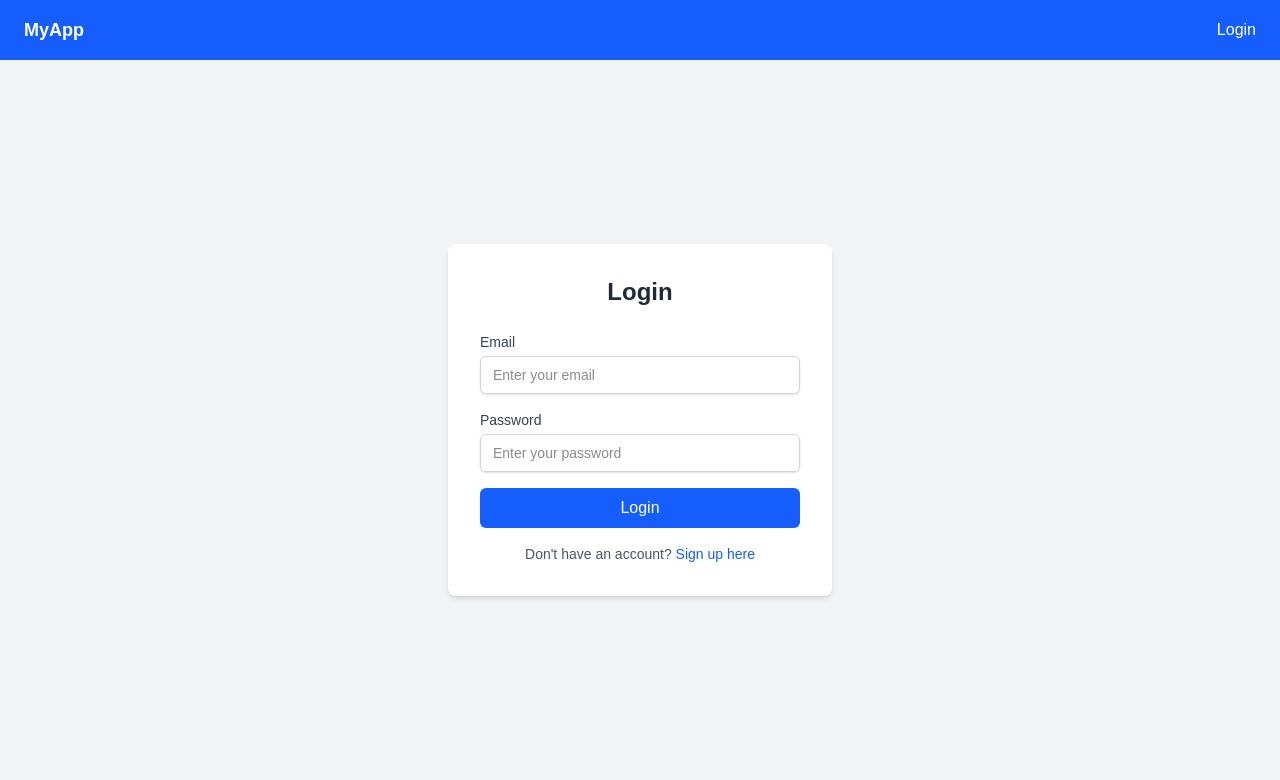
Repository: smnshzh/pars-mars
Page: /login
The author's editor kept a copy of each file at every save. The page is drawn from the files as they stood at one save, then again after the next save.
The browser window is 1280 px wide. The pictures show the whole page.
The page's requests for data from a server got no answer. The project was rebuilt for these pictures with package versions that can differ from the ones it lists, and the page was loaded fresh each time. The framework's server and built-in components were replaced by stand-ins that run in the browser. No one was signed in, and anything a server would have sent is missing. Also part of the build but not shown: next.config.ts.

Above is the page before, as saved 2025-04-13 21:31:09.

After the next save:
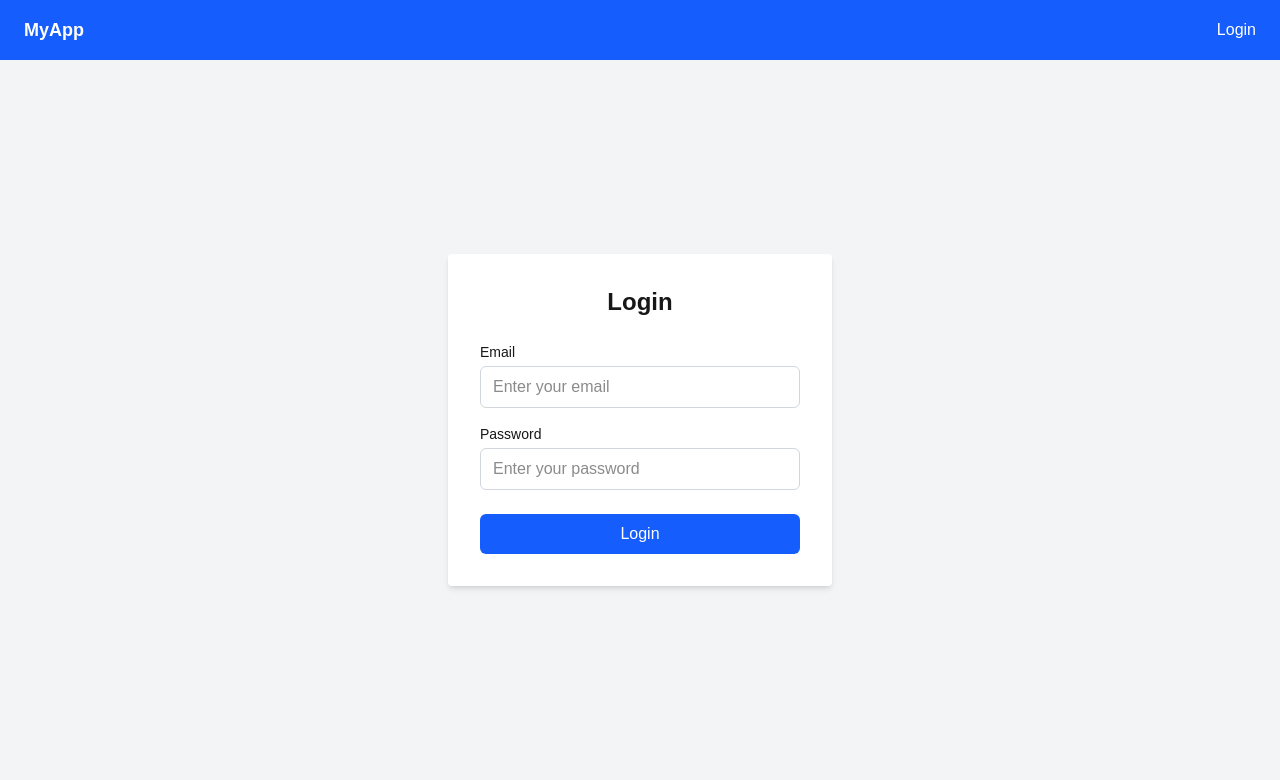
Saved 3 min 34 s later.
--- a/src/app/login/page.tsx
+++ b/src/app/login/page.tsx
@@ -3,11 +3,15 @@
 
 import { useState } from "react";
 import { signIn } from "next-auth/react";
-import Link from "next/link";
+import { useSearchParams } from "next/navigation"; // To access query parameters
 
 export default function LoginPage() {
   const [email, setEmail] = useState("");
   const [password, setPassword] = useState("");
+
+  // Get the query parameters (e.g., error=CredentialsSignin)
+  const searchParams = useSearchParams();
+  const error = searchParams.get("error");
 
   const handleSubmit = async (e: React.FormEvent) => {
     e.preventDefault();
@@ -16,59 +20,48 @@ export default function LoginPage() {
 
   return (
     <div className="min-h-screen flex items-center justify-center bg-gray-100">
-      <div className="w-full max-w-sm p-8 bg-white rounded-lg shadow-md">
-        <h2 className="text-2xl font-bold mb-6 text-center text-gray-800">
+      <form onSubmit={handleSubmit} className="bg-white p-8 rounded shadow-md w-full max-w-sm">
+        <h2 className="text-2xl font-bold mb-6 text-center">Login</h2>
+        {error && (
+          <p className="text-red-500 text-sm mb-4">
+            {error === "CredentialsSignin" ? "Invalid email or password." : "An error occurred."}
+          </p>
+        )}
+        <div className="mb-4">
+          <label htmlFor="email" className="block text-sm font-medium">
+            Email
+          </label>
+          <input
+            type="email"
+            id="email"
+            value={email}
+            onChange={(e) => setEmail(e.target.value)}
+            className="mt-1 block w-full px-3 py-2 border border-gray-300 rounded-md"
+            placeholder="Enter your email"
+            required
+          />
+        </div>
+        <div className="mb-6">
+          <label htmlFor="password" className="block text-sm font-medium">
+            Password
+          </label>
+          <input
+            type="password"
+            id="password"
+            value={password}
+            onChange={(e) => setPassword(e.target.value)}
+            className="mt-1 block w-full px-3 py-2 border border-gray-300 rounded-md"
+            placeholder="Enter your password"
+            required
+          />
+        </div>
+        <button
+          type="submit"
+          className="w-full bg-blue-600 text-white py-2 px-4 rounded-md hover:bg-blue-700 transition duration-300"
+        >
           Login
-        </h2>
-        <form onSubmit={handleSubmit} className="space-y-4">
-          <div>
-            <label
-              htmlFor="email"
-              className="block text-sm font-medium text-gray-700"
-            >
-              Email
-            </label>
-            <input
-              type="email"
-              id="email"
-              value={email}
-              onChange={(e) => setEmail(e.target.value)}
-              className="mt-1 block w-full px-3 py-2 border border-gray-300 rounded-md shadow-sm focus:outline-none focus:ring-blue-500 focus:border-blue-500 sm:text-sm"
-              placeholder="Enter your email"
-              required
-            />
-          </div>
-          <div>
-            <label
-              htmlFor="password"
-              className="block text-sm font-medium text-gray-700"
-            >
-              Password
-            </label>
-            <input
-              type="password"
-              id="password"
-              value={password}
-              onChange={(e) => setPassword(e.target.value)}
-              className="mt-1 block w-full px-3 py-2 border border-gray-300 rounded-md shadow-sm focus:outline-none focus:ring-blue-500 focus:border-blue-500 sm:text-sm"
-              placeholder="Enter your password"
-              required
-            />
-          </div>
-          <button
-            type="submit"
-            className="w-full bg-blue-600 text-white py-2 px-4 rounded-md hover:bg-blue-700 transition duration-300"
-          >
-            Login
-          </button>
-        </form>
-        <p className="mt-4 text-center text-sm text-gray-600">
-          Don't have an account?{" "}
-          <Link href="/signup" className="text-blue-600 hover:text-blue-700">
-            Sign up here
-          </Link>
-        </p>
-      </div>
+        </button>
+      </form>
     </div>
   );
 }
